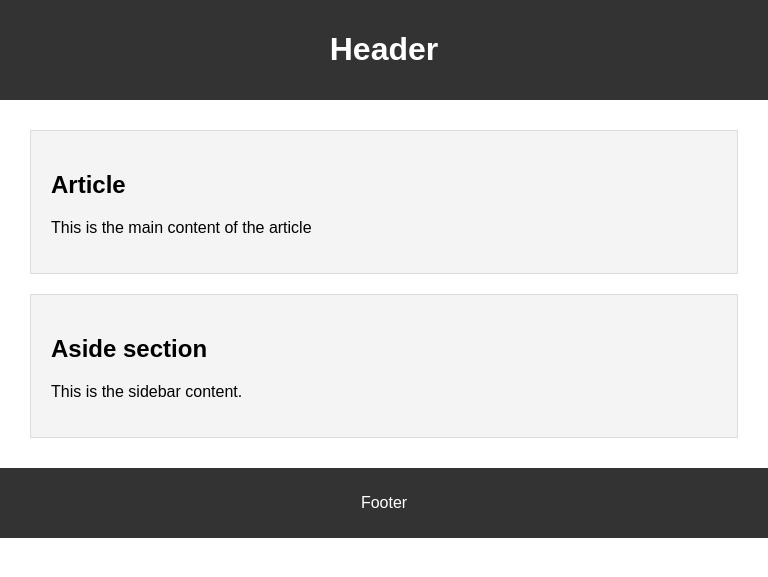
Repository: RishabhModi2899/Repo_Marlabs
Page: index.html
These files come from the project's save history. The page is drawn as it stood at one moment and after a run of saves; the edit follows.
The browser window is 768 px wide. The pictures show the whole page.

Above is the page before, as saved 2024-07-31 11:33:40.

After the next 4 saves:
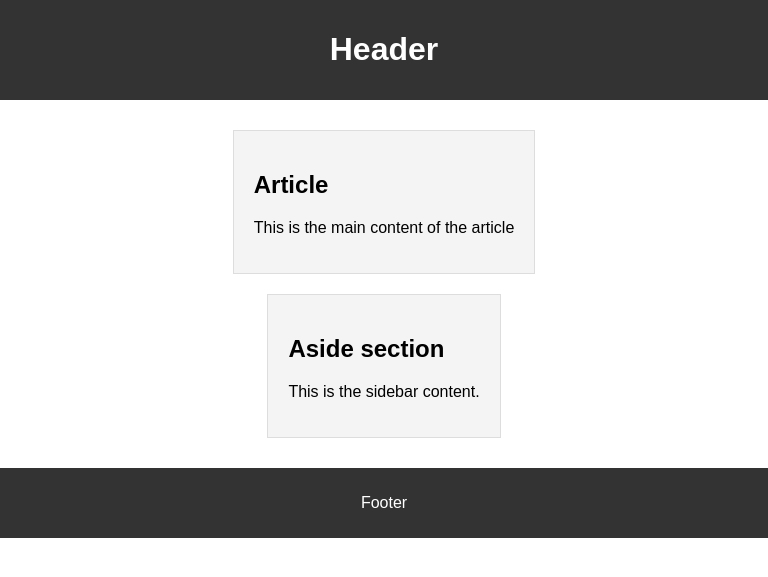
The 4 saves are shown as one change because they came seconds apart.
The last was saved 13 s later.
--- a/styles.css
+++ b/styles.css
@@ -30,5 +30,8 @@ header, footer {
 @media (max-width: 768px) {
     .container {
         flex-direction: column;
+        align-items: center;
     }
+
+    a
 }
